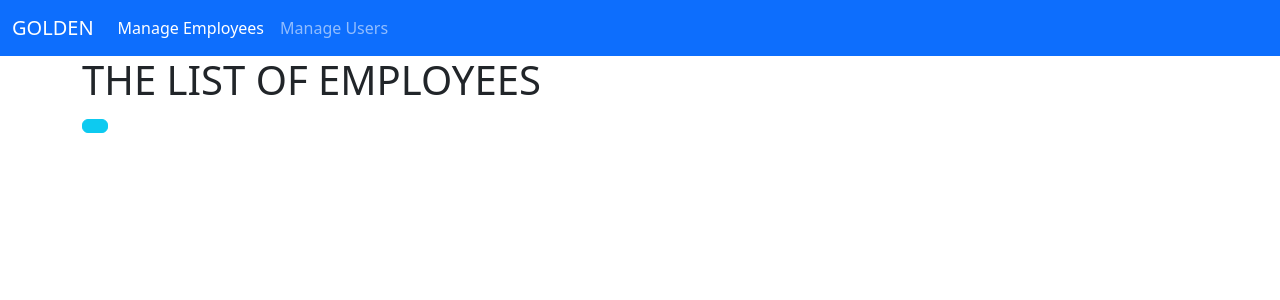
Repository: owuraku/DBC28.1
Page: http://localhost/employees
An editor plug-in stored every save of this project. The page is shown before and after the next save, followed by the edit.
The browser window is 1280 px wide. The pictures show the whole page.
The page is served by the project's Laravel application, run on PHP 8.4 with Laravel 10. Other server files are loaded and not shown.

Above is the page before, as saved 2023-05-22 10:42:48.

### routes/web.php
<?php

use App\Http\Controllers\EmployeeController;
use App\Http\Controllers\FirstController;
use Illuminate\Support\Facades\Route;

/*
|--------------------------------------------------------------------------
| Web Routes
|--------------------------------------------------------------------------
|
| Here is where you can register web routes for your application. These
| routes are loaded by the RouteServiceProvider and all of them will
| be assigned to the "web" middleware group. Make something great!
|
*/

Route::get('/', function () {
    return view('welcome');
});

// Route::get('/employees', function(){
//     return "Get all employees";
// })->name('employees.index');


// Route::get('/employees/{id}', function($id){
//     return "Get employee with id of $id";
// })->whereNumber('id')->name('employees.show');

Route::get('/employees', [FirstController::class, 'myFirstControllerFunction']);



//Route prefix
// Route::prefix('/employees')
// ->name('employees.')
// ->controller(FirstController::class)
// ->group(function(){
    // Route::get('', 'myFirstControllerFunction' )->name('index');

//     Route::post('', function(){
//         return "Save employee details";
//     })->name('store');

//     Route::get('/create', function(){
//         return "Get employee create form";
//     })->name('create');

//     Route::get('/{id}', 'mySecondControllerFunction')->name('show');

//      Route::get('/edit/{id}', function($id){
//         return "Get edit form for employee with id of $id";
//     })->name('edit');

//     Route::patch('/{id}', function($id){
//         return "Edit employee id of $id";
//     })->name('update');

//      Route::delete('/{id}', function($id){
//         return "Delete employee id of $id";
//     })->name('destroy');
// });


Route::resource('/employees', EmployeeController::class);

### app/Http/Controllers/EmployeeController.php
<?php

namespace App\Http\Controllers;

use Illuminate\Http\Request;

class EmployeeController extends Controller
{
    /**
     * Display a listing of the resource.
     */
    public function index()
    {
         return view('employees.list', [
            "fullname" => "Kofi Mensah",
            "age" => 15,
            "isRegistered" => false
         ]);
        // return view('test');
        // return [
        //     [
        //         "id" => 1, "name"=> "Kofi Mensah"
        //     ],
        //      [
        //         "id" => 2, "name"=> "Adwoa Mansah"
        //     ]
        // ];
        //
    }

    /**
     * Show the form for creating a new resource.
     */
    public function create()
    {
        return view('employees.add');
        //
    }

    /**
     * Store a newly created resource in storage.
     */
    public function store(Request $request)
    {
        $validated = $request->validate([
        'last_name' => 'required|min:10',
        'first_name' => 'required|min:10',
        ]);
        //

        return $validated;
    }

    /**
     * Display the specified resource.
     */
    public function show(string $id)
    {
        //
    }

    /**
     * Show the form for editing the specified resource.
     */
    public function edit(string $id)
    {
        //
    }

    /**
     * Update the specified resource in storage.
     */
    public function update(Request $request, string $id)
    {
        //
    }

    /**
     * Remove the specified resource from storage.
     */
    public function destroy(string $id)
    {
        //
    }
}

### resources/views/employees/list.blade.php
@extends('layout.master')

@section('title', 'List of Emplyees')

@section('content')
    <h1>THE LIST OF EMPLOYEES</h1>
    <a href="{{ route('employees.create') }}" class="btn btn-info"></a>
@endsection

### resources/views/layout/master.blade.php
<!DOCTYPE html>
<html lang="en">

<head>
    <meta charset="UTF-8">
    <meta name="viewport" content="width=device-width, initial-scale=1.0">
    <meta http-equiv="X-UA-Compatible" content="ie=edge">
    <link href="https://cdn.jsdelivr.net/npm/bootstrap@5.3.0-alpha3/dist/css/bootstrap.min.css" rel="stylesheet"
        integrity="sha384-KK94CHFLLe+nY2dmCWGMq91rCGa5gtU4mk92HdvYe+M/SXH301p5ILy+dN9+nJOZ" crossorigin="anonymous">
    <title>
        @yield('title')
    </title>
</head>

<body>
    <main>
        @include('layout.navbar')
        <div class="container">
            @yield('content')
        </div>
    </main>

    <script src="https://cdn.jsdelivr.net/npm/bootstrap@5.3.0-alpha3/dist/js/bootstrap.bundle.min.js"
        integrity="sha384-ENjdO4Dr2bkBIFxQpeoTz1HIcje39Wm4jDKdf19U8gI4ddQ3GYNS7NTKfAdVQSZe" crossorigin="anonymous">
    </script>
</body>

</html>

### resources/views/layout/navbar.blade.php
<nav class="navbar navbar-expand-lg bg-primary" data-bs-theme="dark">
    <div class="container-fluid">
        <a class="navbar-brand" href="#">GOLDEN</a>
        <button class="navbar-toggler" type="button" data-bs-toggle="collapse" data-bs-target="#navbarSupportedContent"
            aria-controls="navbarSupportedContent" aria-expanded="false" aria-label="Toggle navigation">
            <span class="navbar-toggler-icon"></span>
        </button>
        <div class="collapse navbar-collapse" id="navbarSupportedContent">
            <ul class="navbar-nav me-auto mb-2 mb-lg-0">
                <li class="nav-item">
                    <a class="nav-link active" aria-current="page" href="{{ route('employees.index') }}">Manage
                        Employees</a>
                </li>
                <li class="nav-item">
                    <a class="nav-link" aria-current="page" href="#">Manage
                        Users</a>
                </li>
            </ul>
            {{-- <form class="d-flex" role="search">
        <input class="form-control me-2" type="search" placeholder="Search" aria-label="Search">
        <button class="btn btn-outline-success" type="submit">Search</button>
      </form> --}}
        </div>
    </div>
</nav>

Loaded but not shown: app/Http/Controllers/Controller.php (common file)

After the next save:
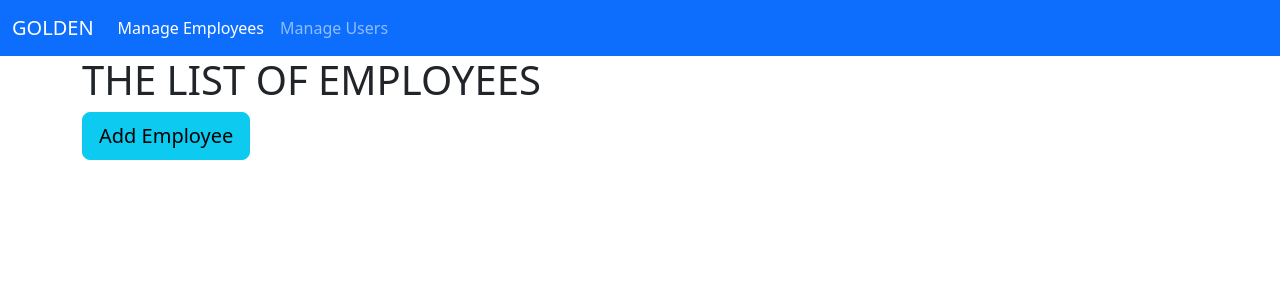
Saved 16 s later.
--- a/resources/views/employees/list.blade.php
+++ b/resources/views/employees/list.blade.php
@@ -4,5 +4,5 @@
 
 @section('content')
     <h1>THE LIST OF EMPLOYEES</h1>
-    <a href="{{ route('employees.create') }}" class="btn btn-info"></a>
+    <a href="{{ route('employees.create') }}" class="btn btn-info btn-lg">Add Employee</a>
 @endsection
